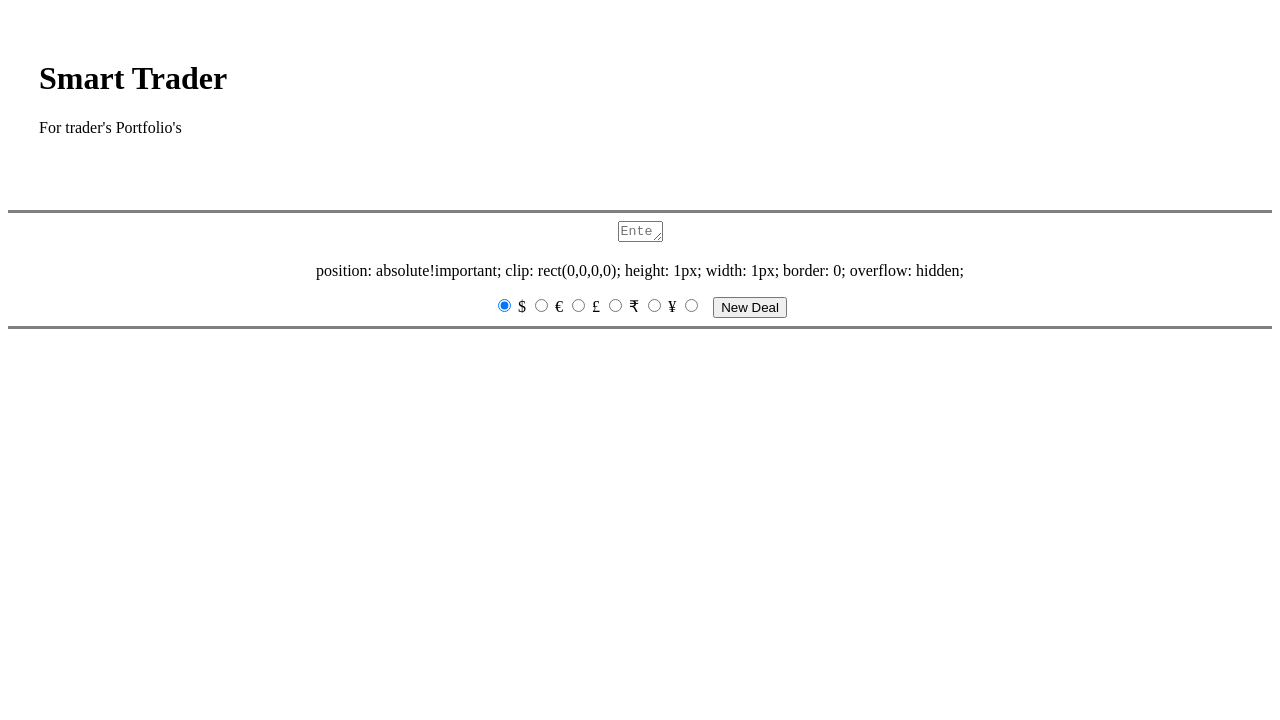
Repository: ifahd-98/udemyBootcamp
Page: index.html
An editor plug-in stored every save of this project. The page is shown before and after the next save, followed by the edit.
The browser window is 1280 px wide. The pictures show the whole page.

Above is the page before, as saved 2022-12-07 14:45:03.

After the next save:
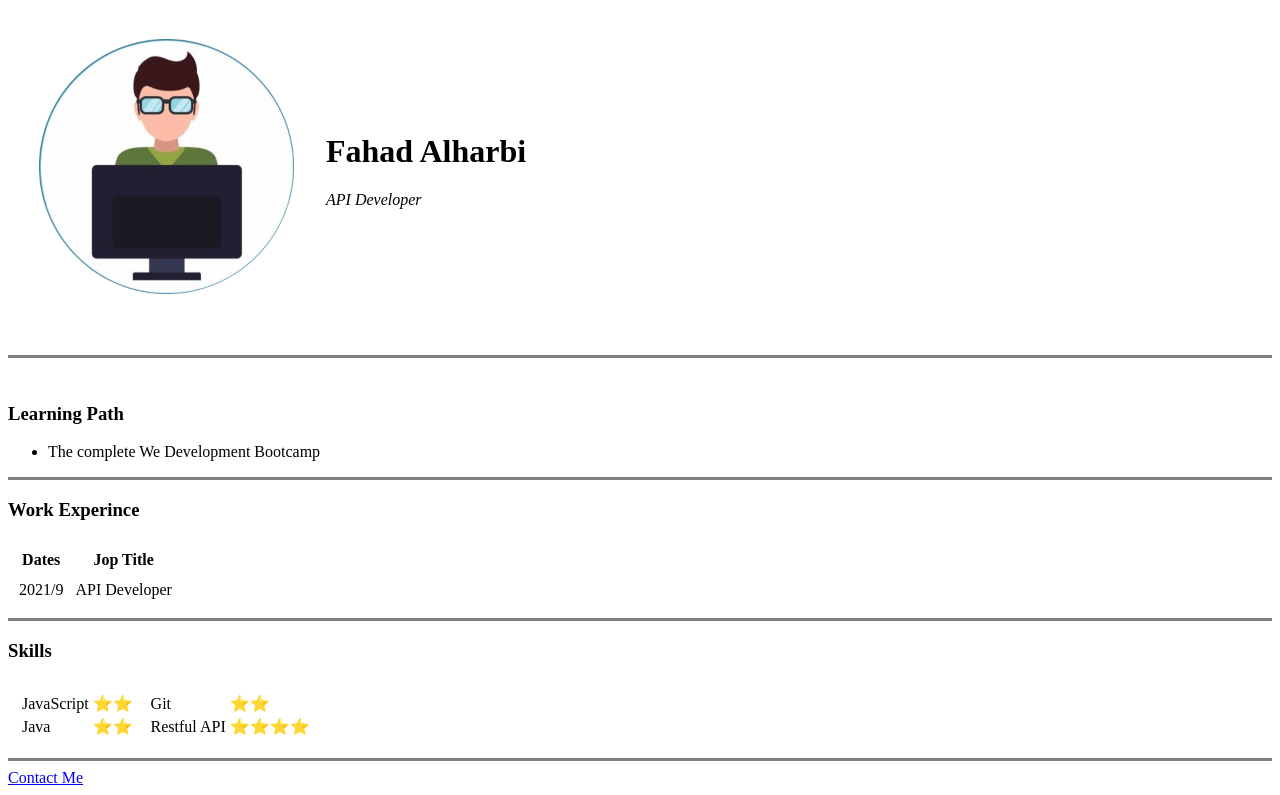
Saved 28 min 2 s later.
--- a/index.html
+++ b/index.html
@@ -1,44 +1,71 @@
 <!DOCTYPE html>
-<html lang="ar">
-    <header>
+<html lang="en">
+<head>
     <meta charset="UTF-8">
-        <title>Smart Trader</title>
-    <body>
-        <table cellspacing="30">
+    <title>Fahad</title>
+</head>
+<body>
+    <!-- <center> -->
+
+    <table cellspacing="30">
+        <tr>
+            <td><img src="ffa3090-modified.png" alt="Twitter"></td>
+            <td> <h1>Fahad Alharbi</h1><p><em> API Developer</em></p></td>
+        </tr>
+    </table>
+        <!-- </center> -->
+            <br>
+            <hr size="3" noshade>
+            <!-- <textarea name="Quantity" id="1" cols="3" rows="1" placeholder="Enter The Quantity"></textarea> -->
+            <br>
+        <h3>Learning Path</h3>
+        <ul>
+            <li>The complete We Development Bootcamp</li>
+        </ul>
+        <hr size="3" noshade>
+        <h3>Work Experince</h3>
+        <table cellspacing="10">
             <tr>
-                <!-- <td><img src="ffa3090-modified.png" alt="Twitter"></td> -->
-                <td> <h1>Smart Trader</h1><p>For trader's Portfolio's</p></td>
+                <th>Dates</th>
+                <th>Jop Title</th>
+            </tr>
+            <tr>
+                <td>2021/9</td>
+                <td>API Developer</td>
             </tr>
         </table>
-        <center>
-            <br>
-            <hr size="3" noshade>
-            <textarea name="Quantity" id="1" cols="3" rows="1" placeholder="Enter The Quantity"></textarea>
-            <br>
-            <p>
-                position: absolute!important;
-            clip: rect(0,0,0,0);
-            height: 1px;
-            width: 1px;
-            border: 0;
-            overflow: hidden;
-        </p>
-        <span class="radio-switch"><input type="radio" id="radio-one" name="currency" value="dollar" checked="">
-            <label for="radio-one">$</label>
-            <input type="radio" id="radio-two" name="currency" value="euro">
-            <label for="radio-two">€</label>
-            <input type="radio" id="radio-three" name="currency" value="pound">
-            <label for="radio-three">£</label>
-            <input type="radio" id="radio-four" name="currency" value="rupee">
-            <label for="radio-four">₹</label>
-            <input type="radio" id="radio-five" name="currency" value="yen">
-            <label for="radio-five">¥</label>
-            <input type="radio" id="radio-six" name="currency" value="">
-            <label for="radio-six">&nbsp;</label>
-        </span>
-        <button>New Deal</button>
         <hr size="3" noshade>
-    </center>
+        <h3>Skills</h3>
+        <table cellspacing="10">
+            <tr>
+                <td>
+                    <table>
+                        <tr>
+                            <td>JavaScript</td>
+                            <td>⭐⭐</td>
+                        </tr>
+                        <tr>
+                            <td>Java</td>
+                            <td>⭐⭐</td>
+                        </tr>
+                    </table>
+                </td>
+                <td>
+                    <table>
+                        <tr>
+                            <td>Git</td>
+                            <td>⭐⭐</td>
+                        </tr>
+                        <tr>
+                            <td>Restful API</td>
+                            <td>⭐⭐⭐⭐</td>
+                        </tr>
+                    </table>
+                </td>
+            </tr>
+    </table>
+
+        <hr size="3" noshade>
+        <a href="ContactMe.html">Contact Me</a>
 </body>
-</header>
 </html>
